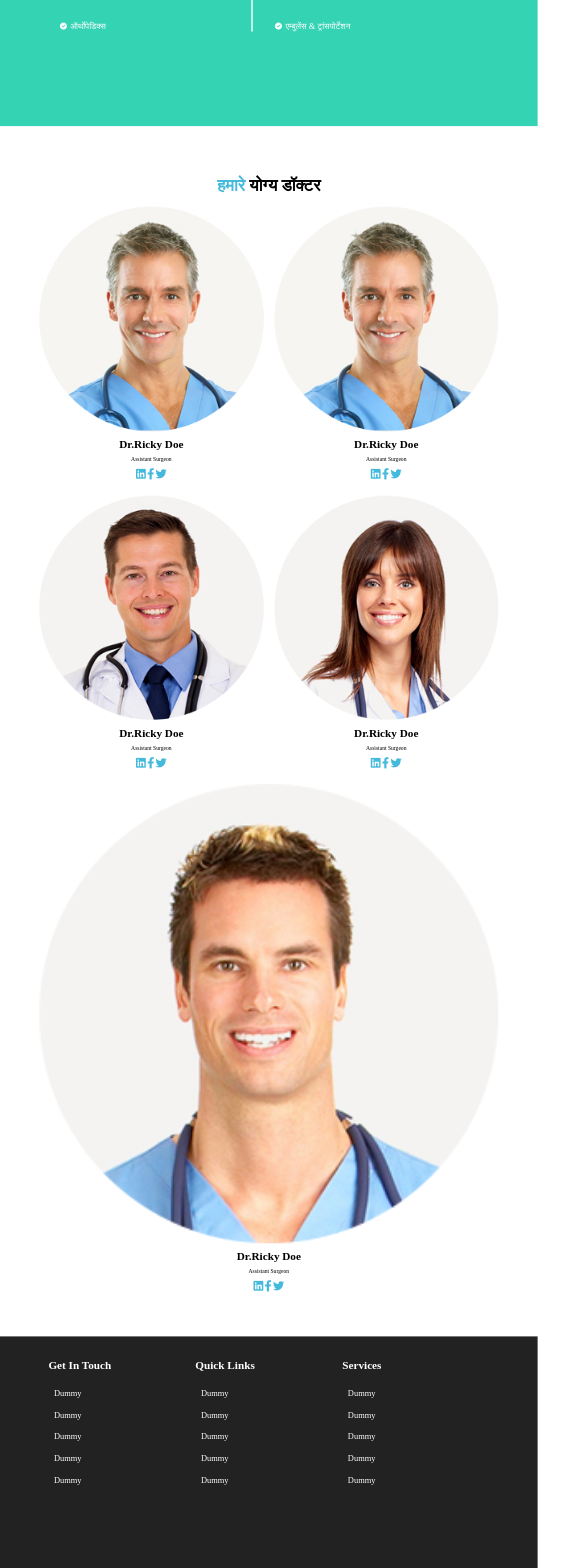
Repository: Aayush919/test
Page: index.html
These files come from the project's save history. The page is drawn as it stood at one moment and after a run of saves; the edit follows.
The browser window is 768 px wide. The page is 824 px wide, so the pictures cover 824 px, including what lies to the right of the window. The pictures show the part of the page from y = 2913 to 5153 px (the page is 5382 px tall before and 5378 px after), at 70% of full size.

Above is the page before, as saved 2023-10-15 09:08:16.

After the next 2 saves:
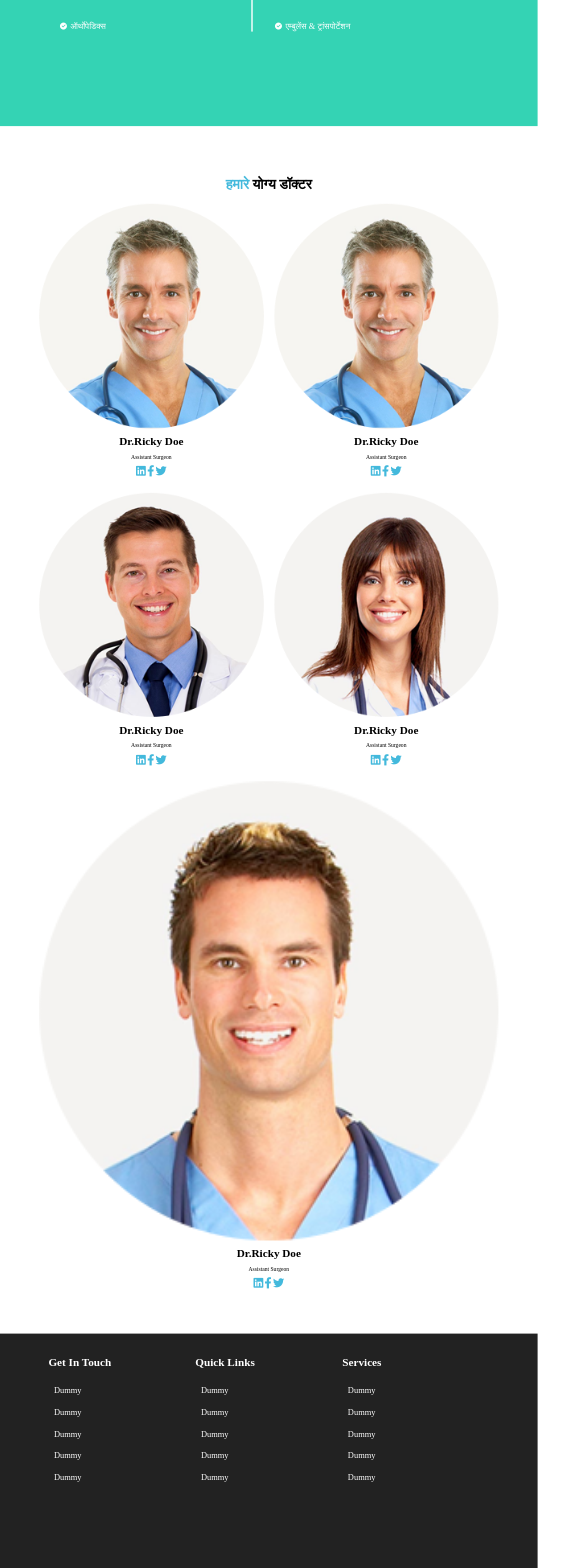
The 2 saves are shown as one change because they came seconds apart.
The last was saved 7 s later.
--- a/style.css
+++ b/style.css
@@ -352,7 +352,7 @@
 }
 .ourteam-section h2{
     padding: 2rem;
-    font-size: 3rem;
+    font-size: 2.5rem;
     text-align: center;
 }
 }

After the 2 saves that followed:
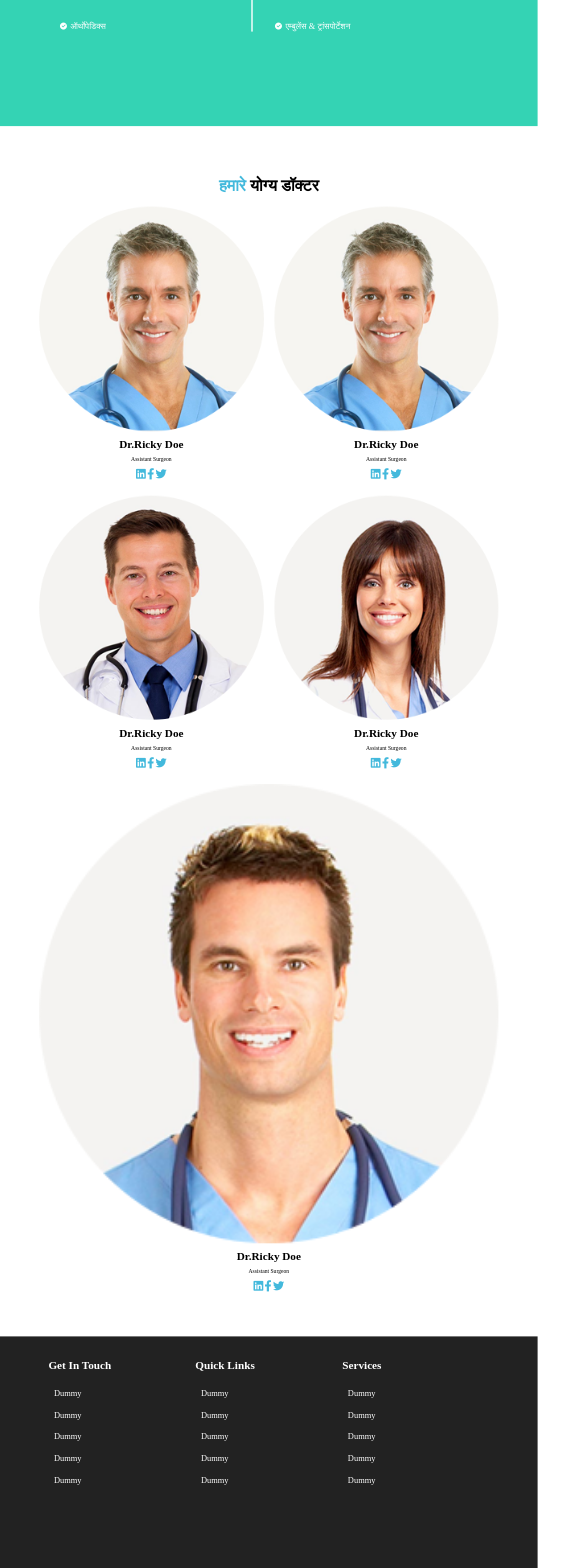
The 2 saves are shown as one change because they came seconds apart.
The last was saved 8 s later.
--- a/style.css
+++ b/style.css
@@ -352,7 +352,7 @@
 }
 .ourteam-section h2{
     padding: 2rem;
-    font-size: 2.5rem;
+    font-size: 2.9rem;
     text-align: center;
 }
 }
